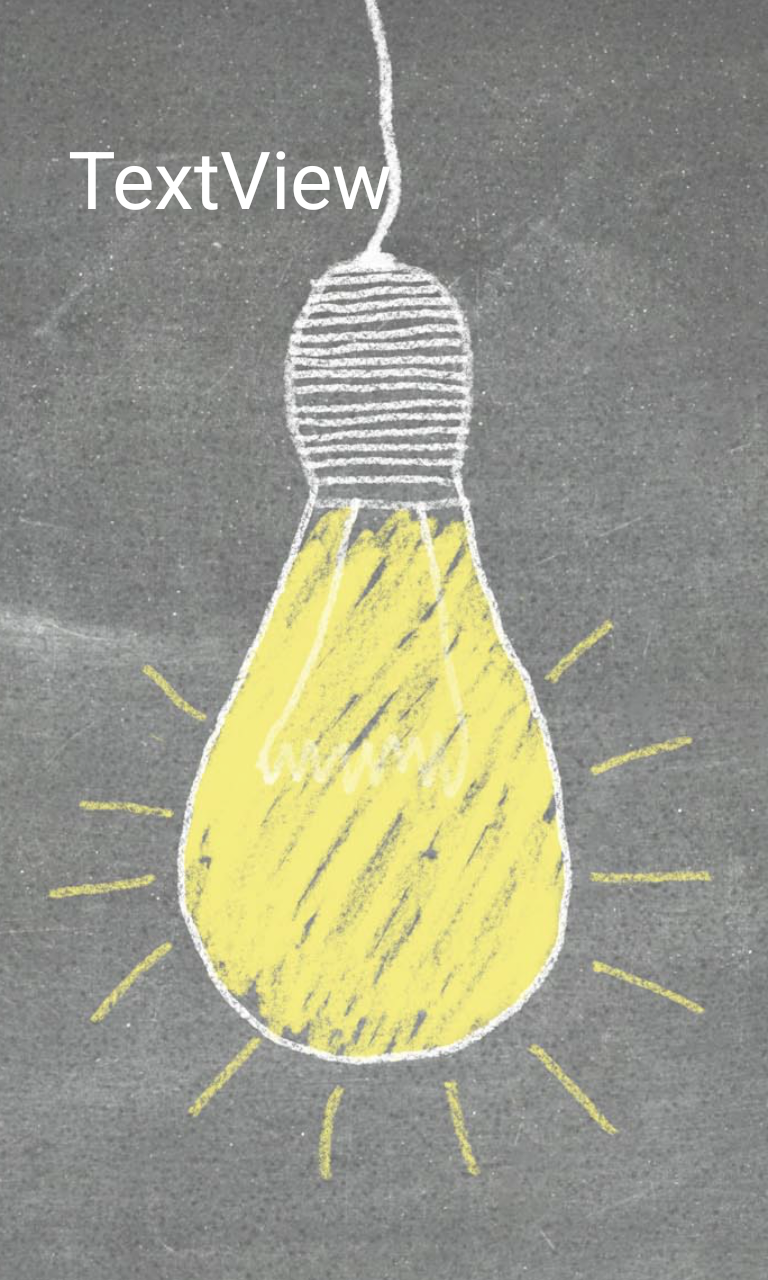
Repository: arp122/Gravitas-2014-Attendace
Layout: OrganisationGravitas/myworkspace/MusicTrivia/res/layout/activity_main.xml
These files come from the project's save history. The layout is drawn as it stood at one moment and after the next save; the edit follows.
It is drawn on a 768 x 1280 px phone screen (xhdpi) without system bars, with theme AppTheme; the app's code is not run.

Above is the layout before, as saved 2014-09-20 16:42:42.

### OrganisationGravitas/myworkspace/MusicTrivia/res/layout/activity_main.xml
<RelativeLayout xmlns:android="http://schemas.android.com/apk/res/android"
    xmlns:tools="http://schemas.android.com/tools"
    android:layout_width="match_parent"
    android:layout_height="match_parent"
    android:paddingBottom="@dimen/activity_vertical_margin"
    android:paddingLeft="@dimen/activity_horizontal_margin"
    android:paddingRight="@dimen/activity_horizontal_margin"
    android:paddingTop="@dimen/activity_vertical_margin"
    android:background="@drawable/background_gravitas"
    tools:context=".MainActivity" >

    <TextView
        android:id="@+id/textView1"
        android:layout_width="fill_parent"
        android:layout_height="wrap_content"
        android:layout_alignParentLeft="true"
        android:layout_alignParentTop="true"
        android:layout_marginLeft="18dp"
        android:layout_marginTop="46dp"
        android:textColor="#ffffff"
        android:textSize="40dp"
        android:text="TextView" />

</RelativeLayout>

Loaded but not shown: OrganisationGravitas/myworkspace/MusicTrivia/res/values/styles.xml (common file); OrganisationGravitas/myworkspace/MusicTrivia/res/values-v11/styles.xml (common file); OrganisationGravitas/myworkspace/MusicTrivia/res/values-v14/styles.xml (common file); OrganisationGravitas/myworkspace/MusicTrivia/res/values/dimens.xml (common file)

After the next save:
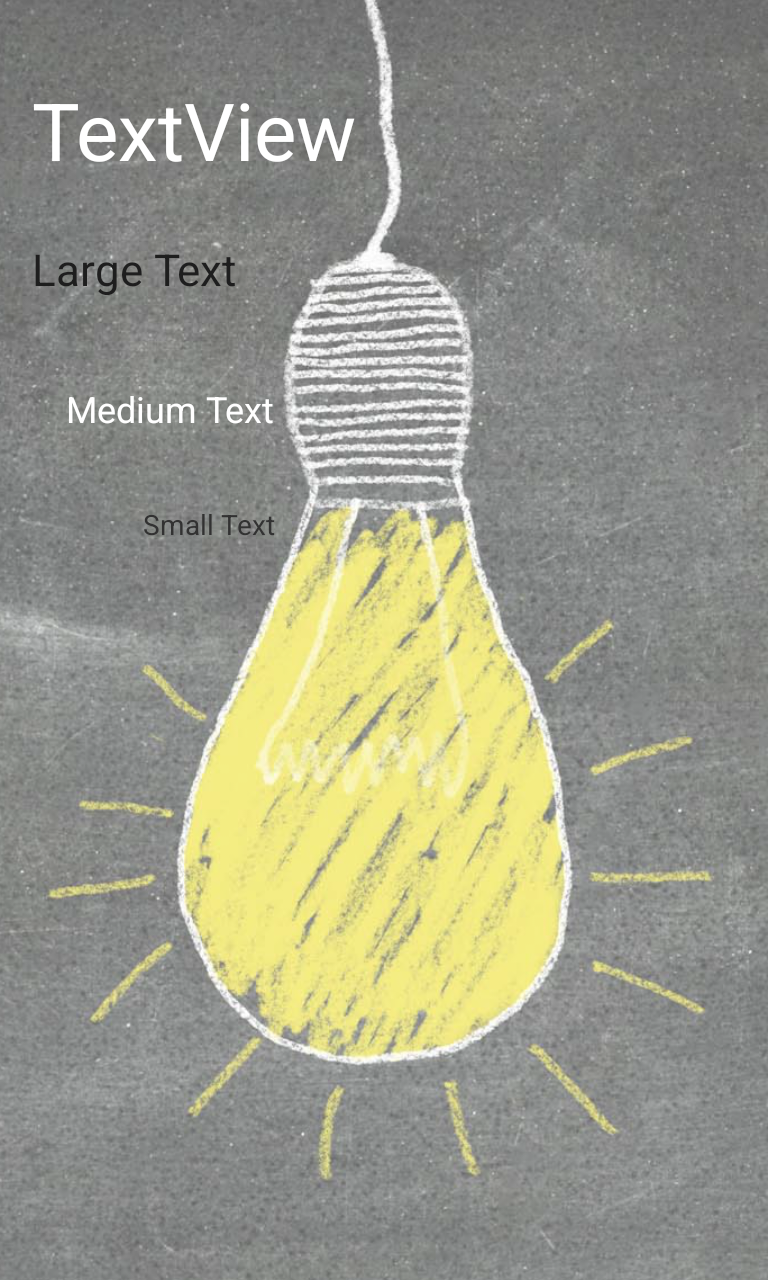
Saved 44 min 21 s later.
--- a/OrganisationGravitas/myworkspace/MusicTrivia/res/layout/activity_main.xml
+++ b/OrganisationGravitas/myworkspace/MusicTrivia/res/layout/activity_main.xml
@@ -13,12 +13,44 @@
         android:id="@+id/textView1"
         android:layout_width="fill_parent"
         android:layout_height="wrap_content"
-        android:layout_alignParentLeft="true"
         android:layout_alignParentTop="true"
-        android:layout_marginLeft="18dp"
-        android:layout_marginTop="46dp"
+        android:layout_centerHorizontal="true"
+        android:layout_marginTop="22dp"
+        android:text="TextView"
         android:textColor="#ffffff"
-        android:textSize="40dp"
-        android:text="TextView" />
+        android:textSize="40dp" />
+
+    <TextView
+        android:id="@+id/textView2"
+        android:layout_width="wrap_content"
+        android:layout_height="wrap_content"
+        android:layout_alignLeft="@+id/textView1"
+        android:layout_below="@+id/textView1"
+        android:layout_marginTop="28dp"
+        android:text="Large Text"
+        android:textAppearance="?android:attr/textAppearanceLarge"
+        android:textColor="#1e1e1e"/>
+
+    <TextView
+        android:id="@+id/textView3"
+        android:layout_width="wrap_content"
+        android:layout_height="wrap_content"
+        android:layout_alignLeft="@+id/textView2"
+        android:layout_below="@+id/textView2"
+        android:layout_marginLeft="17dp"
+        android:layout_marginTop="43dp"
+        android:text="Medium Text"
+        android:textAppearance="?android:attr/textAppearanceMedium"
+        android:textColor="#FFFFFF"/>
+
+    <TextView
+        android:id="@+id/textView4"
+        android:layout_width="wrap_content"
+        android:layout_height="wrap_content"
+        android:layout_alignRight="@+id/textView3"
+        android:layout_below="@+id/textView3"
+        android:layout_marginTop="36dp"
+        android:text="Small Text"
+        android:textAppearance="?android:attr/textAppearanceSmall" />
 
 </RelativeLayout>
